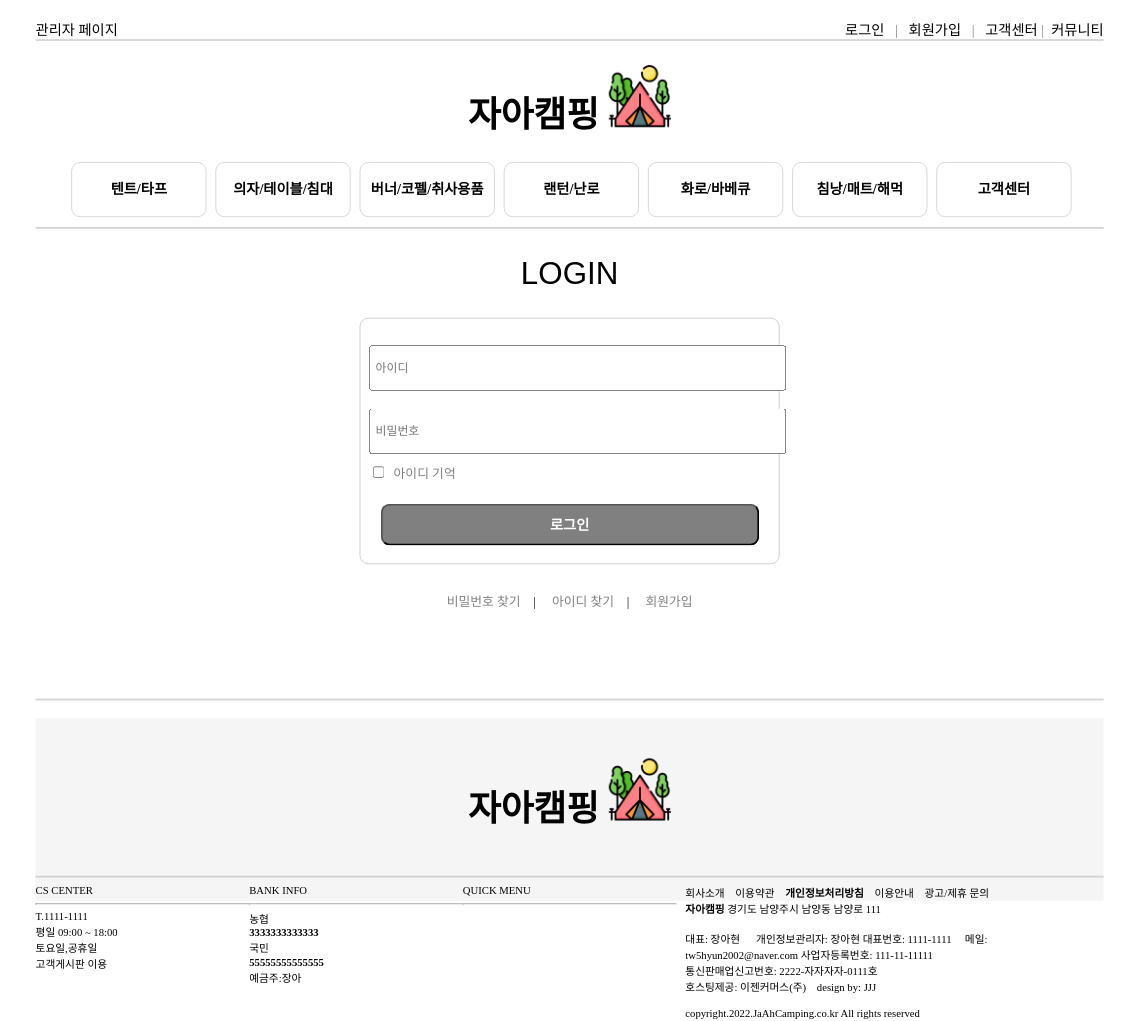
Repository: JJang-Ah/JSP-shoping-mall-project
Page: http://localhost/JaAhCamping/logon/memberLoginForm.jsp
An editor plug-in stored every save of this project. The page is shown before and after the next save, followed by the edit.
The browser window is 1280 px wide. The pictures show the whole page, at 89% of full size.
Some web fonts or font styles are not loaded; a fallback is used. The page is served by Tomcat 9.

Above is the page before, as saved 2022-06-12 14:45:36.

After the next save:
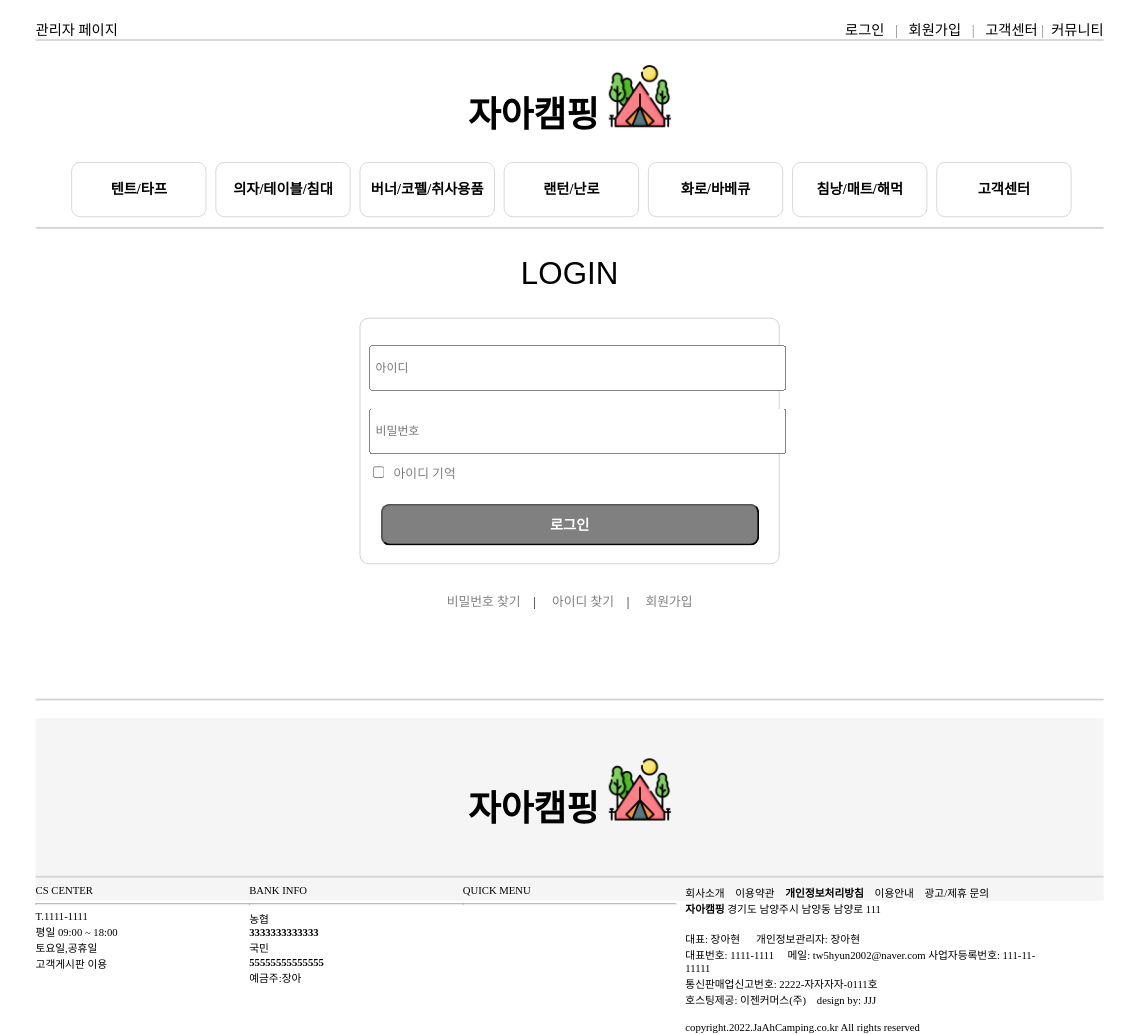
Saved 16 s later.
--- a/JaAhCamping/WebContent/mall/shopBottom.jsp
+++ b/JaAhCamping/WebContent/mall/shopBottom.jsp
@@ -56,7 +56,7 @@
 		<b>자아캠핑</b>
 		<span>
 		경기도 남양주시 남양동 남양로 111 <br><br>
-		대표: 장아현 &ensp;&ensp; 개인정보관리자: 장아현
+		대표: 장아현 &ensp;&ensp; 개인정보관리자: 장아현 <br>
 		대표번호: 1111-1111&ensp;&ensp; 메일: tw5hyun2002@naver.com
 		사업자등록번호: 111-11-11111<br>
 		통신판매업신고번호: 2222-자자자자-0111호<br>
